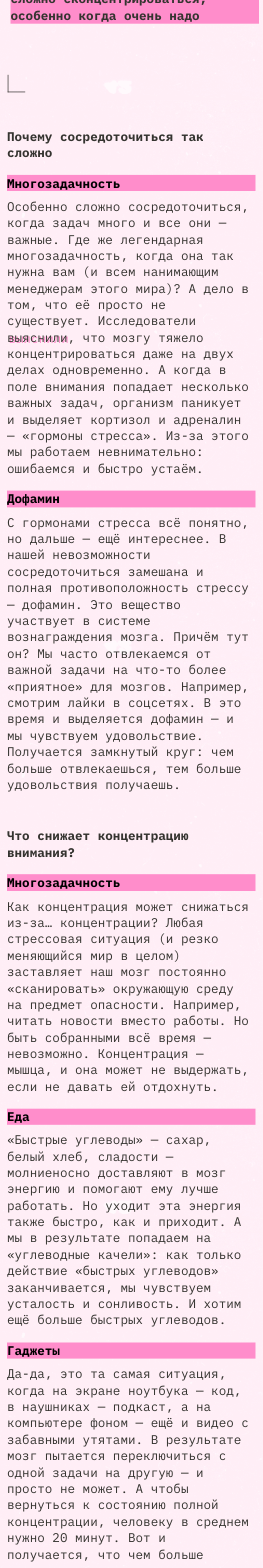
Repository: Hadoooouken/slozhno-sosredotochitsya
Page: index.html
These files come from the project's save history. The page is drawn as it stood at one moment and after a run of saves; the edit follows.
The browser window is 375 px wide. The pictures show the part of the page from y = 657 to 2897 px (the page is 6023 px tall before and 6083 px after), at 70% of full size.
Backgrounds fixed to the window are drawn as part of the page.

Above is the page before, as saved 2024-01-24 21:55:54.

After the next 3 saves:
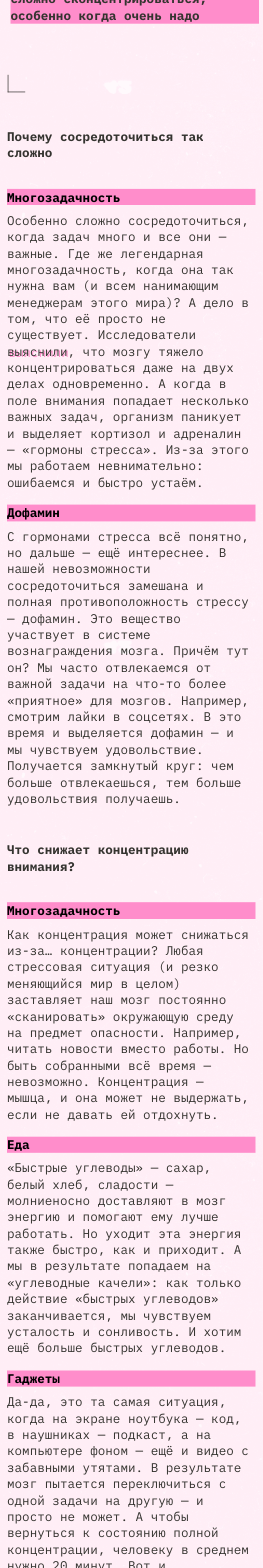
The 3 saves are shown as one change because they came seconds apart.
The last was saved 9 s later.
--- a/styles/style.css
+++ b/styles/style.css
@@ -413,6 +413,6 @@
   }
 
   .section__title {
-    mar
-  }
-}
+    margin-block-end: 20px;
+  }
+}

After the save that followed:
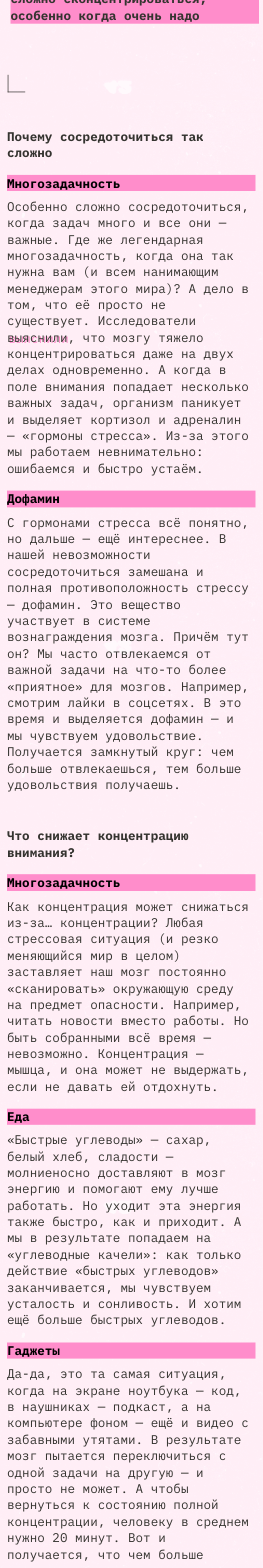
Saved 56 s later.
--- a/styles/style.css
+++ b/styles/style.css
@@ -413,6 +413,6 @@
   }
 
   .section__title {
-    margin-block-end: 20px;
-  }
-}
+
+  }
+}
